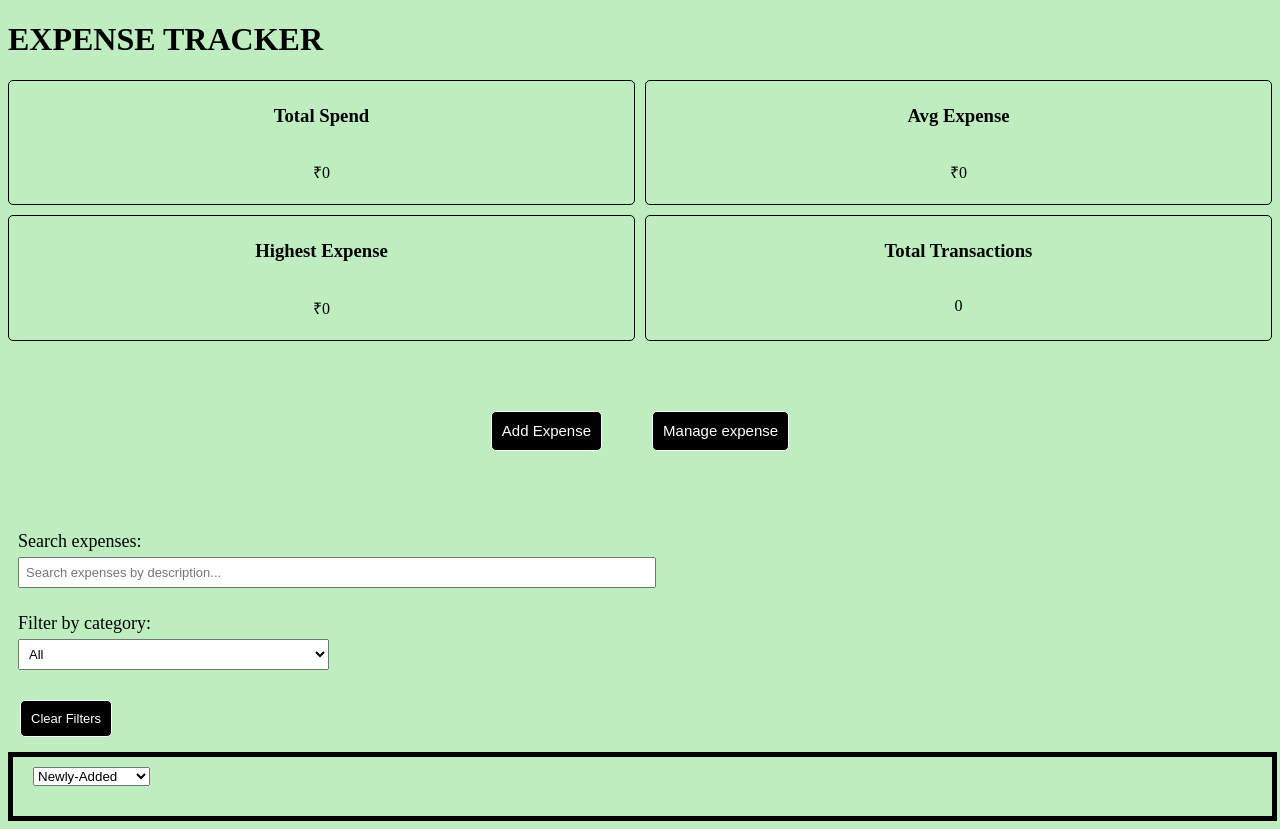
Repository: Gaurav124937/Expense-Tracker
Page: index.html
The author's editor kept a copy of each file at every save. The page is drawn from the files as they stood at one save, then again after the next save.
The browser window is 1280 px wide. The pictures show the whole page.

Above is the page before, as saved 2026-09-20 20:12:49.

After the next save:
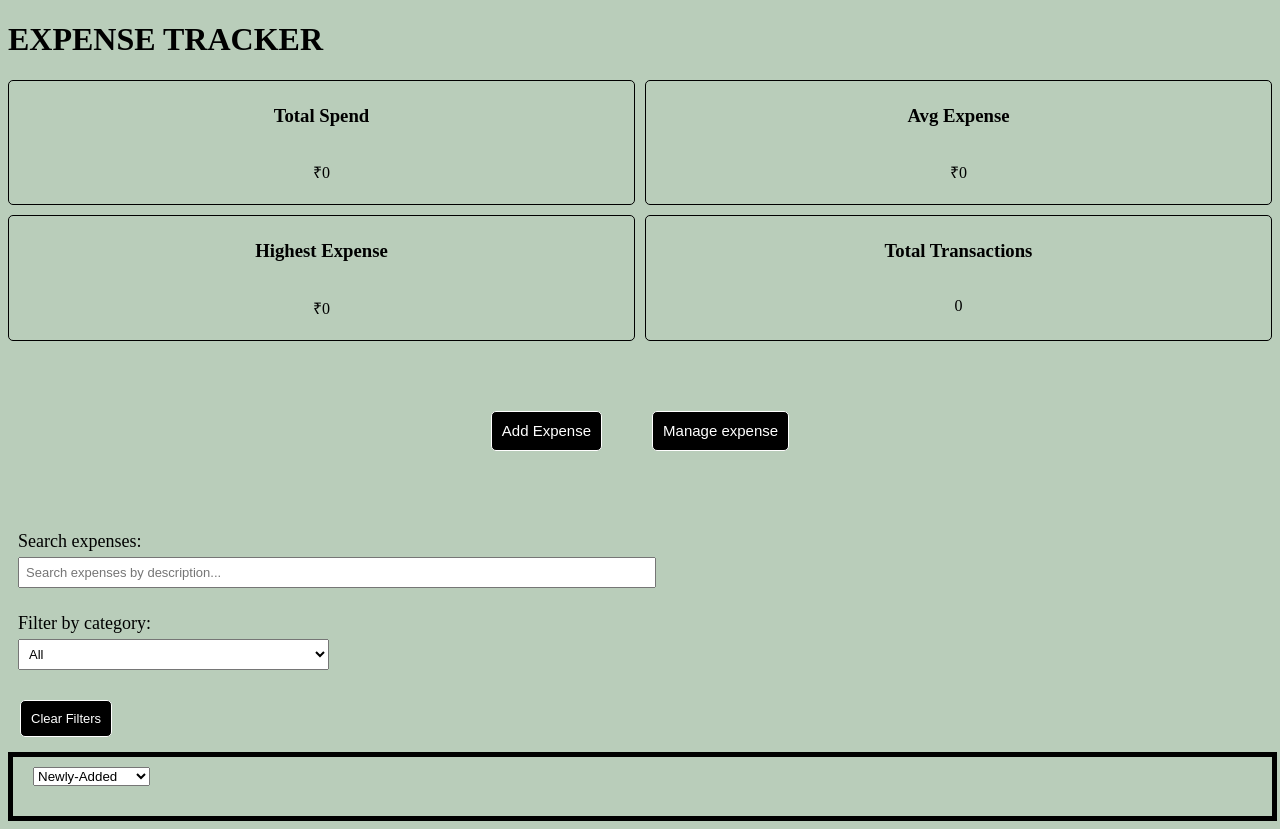
Saved 4 s later.
--- a/style.css
+++ b/style.css
@@ -133,7 +133,7 @@
 }
 
 body {
-  background-color: rgba(30, 193, 36, 0.288);
+  background-color: rgba(13, 81, 15, 0.288);
 }
 
 .expense-description {
